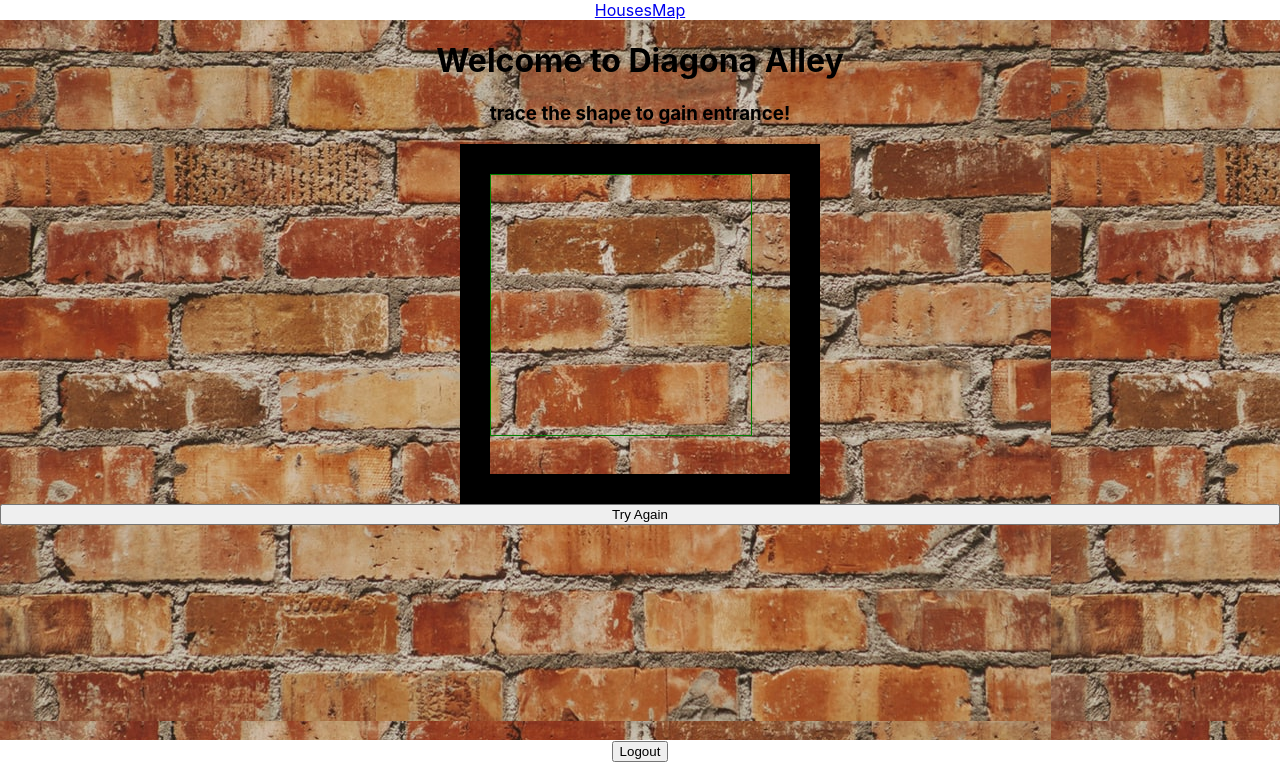
Repository: Brandon205/PotterGo
Page: /houses (app in client/)
These files come from the project's save history. The page is drawn as it stood at one moment and after the next save; the edit follows.
The browser window is 1280 px wide. The pictures show the whole page.
The project was rebuilt for these pictures with package versions that can differ from the ones it lists, and the page was loaded fresh each time. A package was used in the major version that the imports need, not the one package.json lists. Also part of the build but not shown: client/src/Homepage.jsx, client/src/Signup.js, client/src/Login.js, client/src/LoginPage.jsx, client/src/WandGenerator.jsx.

Above is the page before, as saved 2019-11-21 15:50:41.

After the next save:
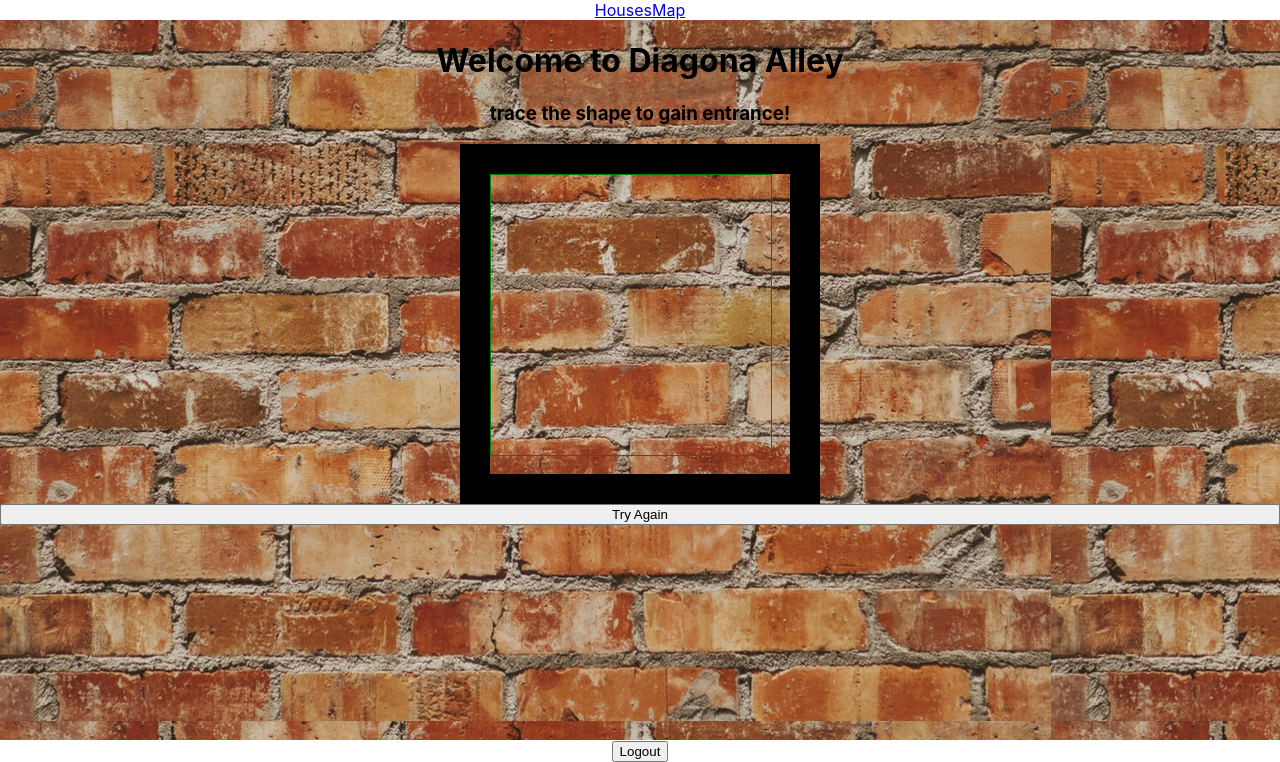
Saved 6 s later.
--- a/client/src/App.css
+++ b/client/src/App.css
@@ -42,7 +42,7 @@
 }
 
 .innerDiv {
-  height: 260px;
-  width: 260px;
+  height: 280px;
+  width: 280px;
   border: 1px solid green;
 }
